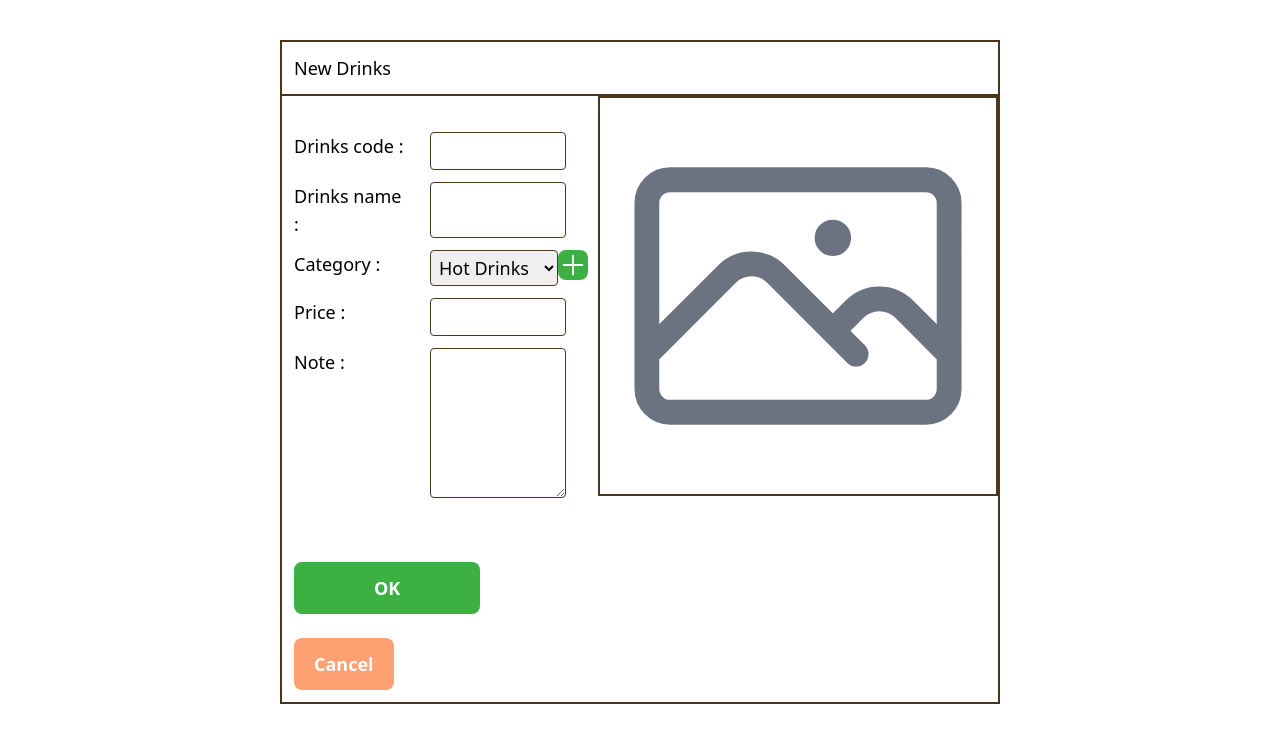
Repository: Dapravith/Midterm-SE-GIC-Cafe-Project-Group16
Page: bin/main/templates/addDrink.html
The author's editor kept a copy of each file at every save. The page is drawn from the files as they stood at one save, then again after the next save.
The browser window is 1280 px wide. The pictures show the whole page.
Some web libraries are served in a nearby version.

Above is the page before, as saved 2023-05-17 08:06:27.

### bin/main/templates/addDrink.html
<!DOCTYPE html>
<html lang="en">

<head>
    <meta charset="UTF-8">
    <meta http-equiv="X-UA-Compatible" content="IE=edge">
    <meta name="viewport" content="width=device-width, initial-scale=1.0">
    <title>Add New Drink</title>
    <script src="https://cdn.tailwindcss.com"></script>
    <style>
        * {
            margin: 0;
            padding: 0;
            box-sizing: border-box;
        }

        button:hover {
            box-shadow: 0 12px 16px 0 rgba(228, 209, 209, 0.24), 0 17px 50px 0 rgba(90, 81, 81, 0.19);
        }
    </style>
</head>

<body class="m-10 text-lg">
    <!-- CRUD PRODUCTS -->
    <div class="new_drink w-[60%] h-fit m-auto  border-[2px] border-solid border-[#4B371C] ">
        <div class="p-3 head">
            <h2>New Drinks</h2>
        </div>
        <div class="w-[100%] border-[1px] border-solid border-[#4B371C]"></div>
        <div class="flex">
            <div class="add_drink w-[60%]">
                <div class="py-3 ">
                    <form action="#" class="p-3 ">
                        <div class="grid grid-cols-2 mt-3">
                            <label class="mr-5" for="dcode">Drinks code :</label>
                            <input type="text" id="dcode" name="" class="p-1 border-[1px] border-solid border-[#4B371C] rounded" placeholder="">
                        </div>
                        <div class="grid grid-cols-2 mt-3">
                            <label class="mr-5" for="dname">Drinks name :</label>
                            <input type="text" id="dname" name="" class="p-1 border-[1px] border-solid border-[#4B371C] rounded" placeholder="">
                        </div>
                        <div class="grid grid-cols-2 mt-3">
                            <label class="mr-5" for="category">Category :</label>
                            <div class="flex justify-between">
                                <select type="add-item" id="category" name="" class="p-1 border-[1px] border-solid border-[#4B371C] rounded" placeholder="">
                                    <option value="1">Hot Drinks</option >
                                    <option value="2" >Cool Drinks</option >
                                    <option value="3" >Frappe</option >
                                </select>
                                <button id="add_category" class=" w-fit h-fit bg-[#3CB043] text-center text-white font-bold cursor-pointer duration-100 rounded-lg">
                                    <svg xmlns="http://www.w3.org/2000/svg" fill="none" viewBox="0 0 24 24" stroke-width="1.5" stroke="currentColor" class="w-[30px] h-[30px] " onclick="showPopup()">
                                        <path stroke-linecap="round" stroke-linejoin="round" d="M12 4.5v15m7.5-7.5h-15" />
                                    </svg>
                                </button>

                            </div>

                        </div>

                        <div class="grid grid-cols-2 mt-3">
                            <label class="mr-5" for="price">Price :</label>
                            <input name="" min="0" type="number" id="price" class="p-1 border-[1px] border-solid border-[#4B371C] rounded" placeholder="">
                        </div>
                        <div class="grid grid-cols-2 mt-3">
                            <label class="mr-5" for="note">Note :</label>
                            <textarea id="note" cols="50" rows="5" name="" class="p-1 w-full border-[1px] border-solid border-[#4B371C] rounded resize-x"> </textarea>
                        </div>
                    </form>
                </div>
                <br />
                <div>
                    <button class=" py-3 bg-[#3CB043] text-center text-white font-bold px-20 m-3 inline-block cursor-pointer duration-100 rounded-lg">OK</button>
                    <button class=" py-3 px-5 bg-[#FDA172] text-center text-white  font-bold p-3 m-3 inline-block cursor-pointer duration-100 rounded-lg">Cancel</button>
                </div>
            </div>
            <!-- images -->
            <div class="ml-5 img">
                <form action="#">
                    <input id="file-input" type="file" name="file" hidden accept="image/*">
                    <label for="file-input" class="cursor-pointer">
                        <div id="image-preview" class="w-[400px] h-fit p-3 border-[2px] border-[#4B371C]">
                            <svg xmlns="http://www.w3.org/2000/svg" fill="none" viewBox="0 0 24 24" stroke-width="1.6" stroke="currentColor" class="w-full h-full text-gray-500">
                                <path stroke-linecap="round" stroke-linejoin="round" d="M2.25 15.75l5.159-5.159a2.25 2.25 0 013.182 0l5.159 5.159m-1.5-1.5l1.409-1.409a2.25 2.25 0 013.182 0l2.909 2.909m-18 3.75h16.5a1.5 1.5 0 001.5-1.5V6a1.5 1.5 0 00-1.5-1.5H3.75A1.5 1.5 0 002.25 6v12a1.5 1.5 0 001.5 1.5zm10.5-11.25h.008v.008h-.008V8.25zm.375 0a.375.375 0 11-.75 0 .375.375 0 01.75 0z" />
                            </svg>
                        </div>
                    </label>
                </form>
            </div>
        </div>
    </div>
    </div>
    </div>
    </div>
    <!-- ADD NEW CATEGORY -->
    <div class="popup w-[100vw] h-[100vh] absolute top-[0] left-[0] bg-[#f1f1f199] hidden z-[100]">
        <main class="w-[20rem] absolute top-[50%] left-[50%] translate-x-[-50%] translate-y-[-50%]">
            <div class="none w-full h-fit m-auto  border-[2px] border-solid border-[#4B371C]">
                <div class="p-3 head">
                    <h2>New Category</h2>
                </div>
                <div class="w-[100%] border-[1px] border-solid border-[#4B371C]"></div>
                <div class="">
                    <form action="#" class="p-3 add_category">
                        <div class="grid grid-cols-2 mt-3">
                            <label for="gcode">Category code :</label>
                            <input type="text" id="dcode" name="" class="category_code border-[1px] border-solid border-[#4B371C] rounded" placeholder="" required>
                        </div>
                        <div class="grid grid-cols-2 mt-3">
                            <label for="gname">Category name :</label>
                            <input type="text" id="gname" name="" class="category_name border-[1px] border-solid border-[#4B371C] rounded" placeholder="" required>
                        </div>
                        <br />
                        <div class="flex">
                            <input id="okay" type="submit" value="OK" class=" py-3 bg-[#3CB043] text-center font-bold text-white px-16 in m-3 p-3 line-block cursor-pointer duration-100 rounded-lg">
                            <button class="cancel py-3 px-5 bg-[#FDA172] text-center font-bold text-white p-3 m-3 inline-block cursor-pointer duration-100 rounded-lg">Cancel</button>
                        </div>
                    </form>
                </div>
            </div>
        </main>

    </div>
    <script>
        const addNewCat = document.getElementById("add_category");
        const popup = document.querySelector(".popup");
        const form_add_category = document.querySelector(".add_category");
        const imagePreview = document.getElementById("image-preview");

        addNewCat.addEventListener("click", showPopup);

        function showPopup() {
            popup.classList.remove('hidden');
        }

        form_add_category.addEventListener("submit", () => {
            clear();
            popup.classList.add('hidden');
        });

        document.querySelector('.cancel').addEventListener('click', () => {
            clear();
            popup.classList.add('hidden');
        });

        popup.addEventListener('click', (e) => {
            const target = e.target;

            if (target.classList.contains('popup')) {
                clear();
                popup.classList.add('hidden');
            }
        });

        function readImage(input) {
            if (input.files && input.files[0]) {
                const reader = new FileReader();

                reader.onload = function(e) {
                    imagePreview.innerHTML = `
                <img src="${e.target.result}" alt="Category Image">
                <p>${input.files[0].name}</p>
                <button class="px-4 py-2 text-white bg-red-500 rounded-lg cursor-pointer delete-image">Delete</button>
            `;
                }

                reader.readAsDataURL(input.files[0]);
            }
        }

        document.getElementById("file-input").addEventListener("change", function() {
            readImage(this);
        });

        imagePreview.addEventListener('click', (e) => {
            const target = e.target;

            if (target.classList.contains('delete-image')) {
                clearImagePreview();
            }
        });

        function clear() {
            document.getElementById("dcode").value = "";
            document.getElementById("gname").value = "";
            document.getElementById("file-input").value = "";
            clearImagePreview();
        }

        function clearImagePreview() {
            imagePreview.innerHTML = "";
            document.getElementById("file-input").value = "";
        }
    </script>
</body>

</html>

After the next save:
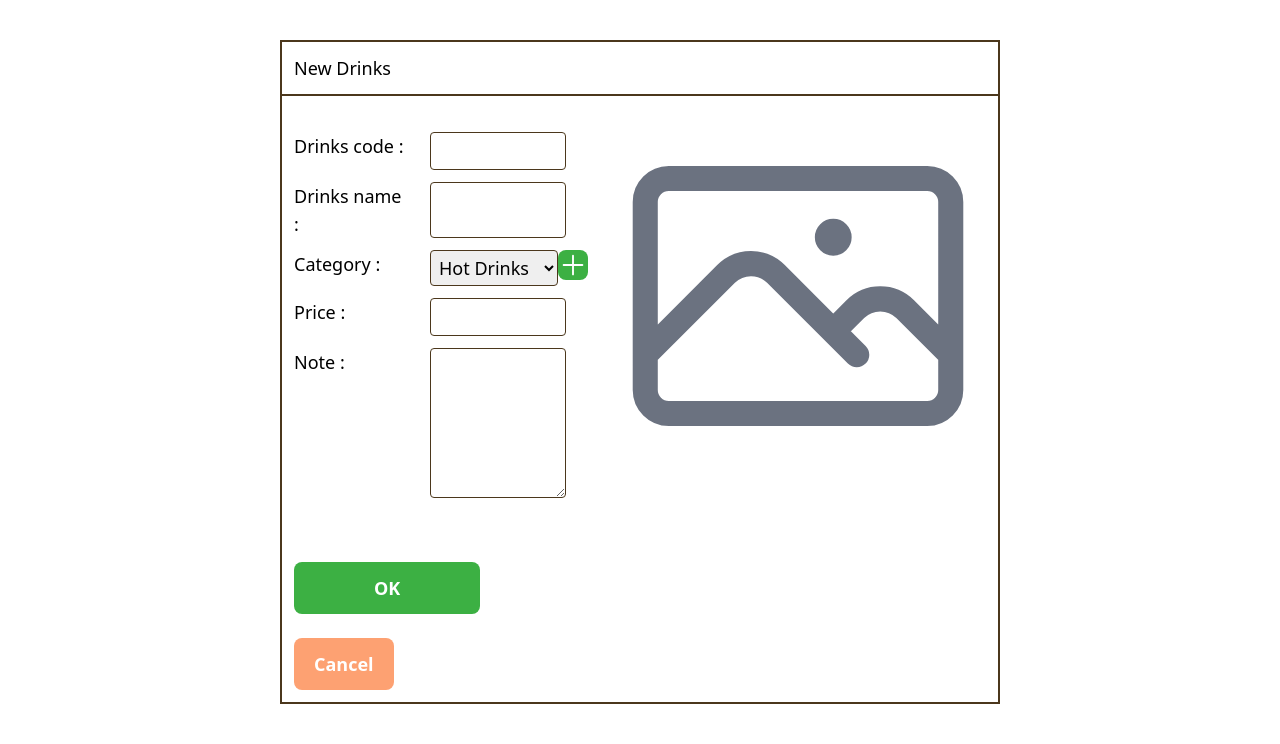
Saved 11 s later.
--- a/bin/main/templates/addDrink.html
+++ b/bin/main/templates/addDrink.html
@@ -78,7 +78,7 @@
                 <form action="#">
                     <input id="file-input" type="file" name="file" hidden accept="image/*">
                     <label for="file-input" class="cursor-pointer">
-                        <div id="image-preview" class="w-[400px] h-fit p-3 border-[2px] border-[#4B371C]">
+                        <div id="image-preview" class="w-[400px] h-fit p-3 border-[#4B371C]">
                             <svg xmlns="http://www.w3.org/2000/svg" fill="none" viewBox="0 0 24 24" stroke-width="1.6" stroke="currentColor" class="w-full h-full text-gray-500">
                                 <path stroke-linecap="round" stroke-linejoin="round" d="M2.25 15.75l5.159-5.159a2.25 2.25 0 013.182 0l5.159 5.159m-1.5-1.5l1.409-1.409a2.25 2.25 0 013.182 0l2.909 2.909m-18 3.75h16.5a1.5 1.5 0 001.5-1.5V6a1.5 1.5 0 00-1.5-1.5H3.75A1.5 1.5 0 002.25 6v12a1.5 1.5 0 001.5 1.5zm10.5-11.25h.008v.008h-.008V8.25zm.375 0a.375.375 0 11-.75 0 .375.375 0 01.75 0z" />
                             </svg>
